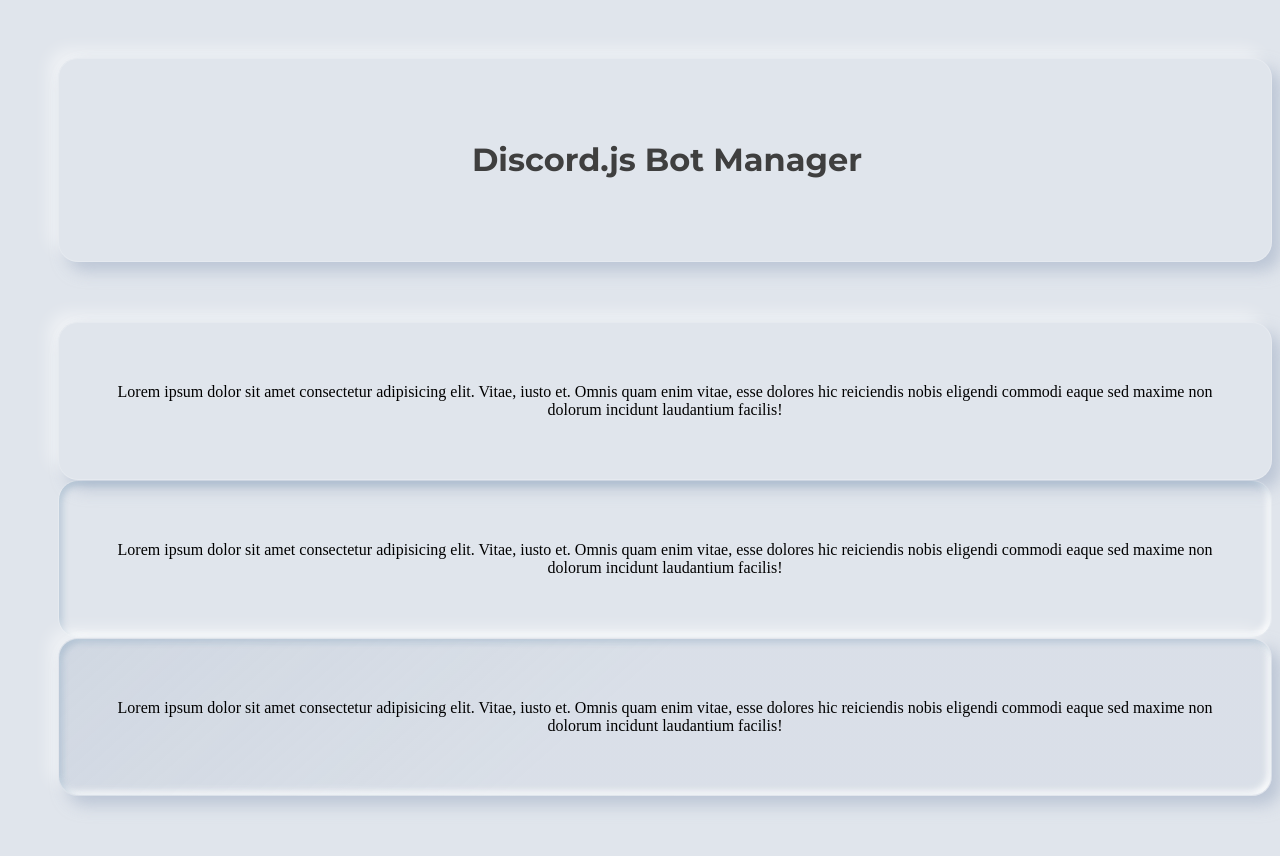
Repository: O-Schell/Discord-Bot-Manager
Page: Web_Interface/main.HTML
The author's editor kept a copy of each file at every save. The page is drawn from the files as they stood at one save, then again after the next save.
The browser window is 1280 px wide. The pictures show the whole page.
The style sheet was rebuilt from its Sass, Less or Tailwind sources for each picture, by a compiler version that may differ from the author's.

Above is the page before, as saved 2020-11-22 23:39:13.
Not found: Web_Interface/script.js

After the next save:
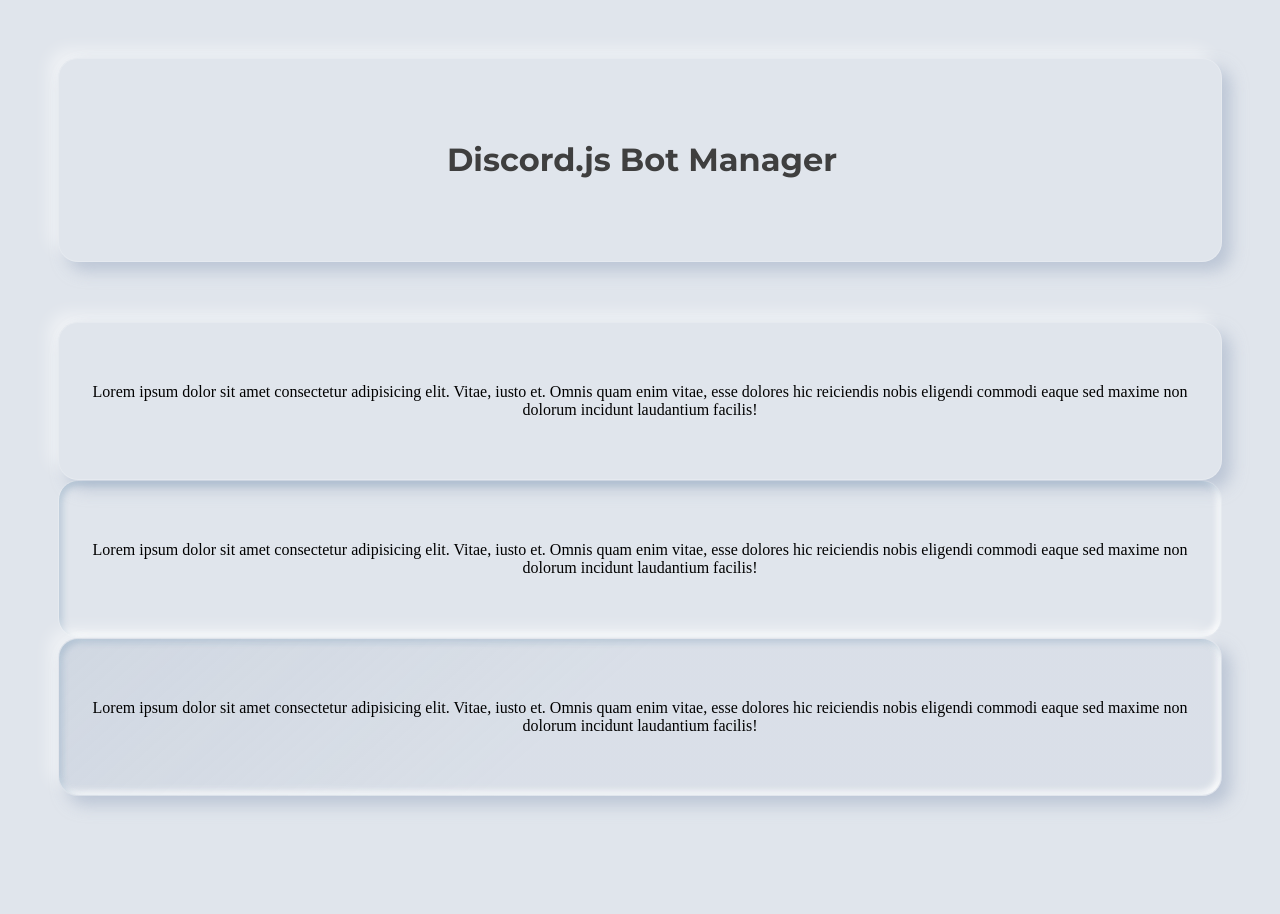
Saved 46 s later.
--- a/Web_Interface/main.HTML
+++ b/Web_Interface/main.HTML
@@ -8,7 +8,7 @@
   </head>
 
   <body>
-    <div class="container" style="padding-top: 50px;padding-left: 50px;">
+    <div class="container" style="padding-top: 50px;padding-left: 50px;padding-right: 50px;padding-bottom: 50px;">
         <div class="row">
             <div class="card-w col-md-4">
               <div class="card neumorphism">
